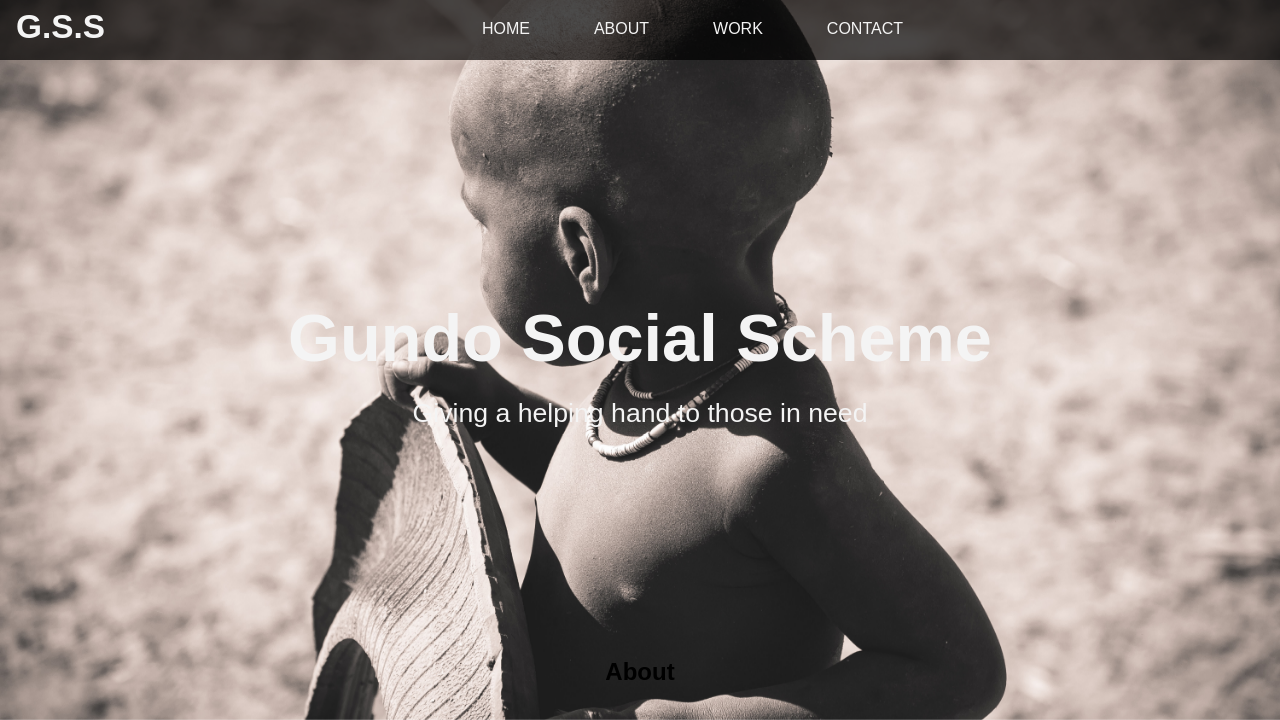
Repository: blessingNtoko/gss-basic_website
Page: index.html
These files come from the project's save history. The page is drawn as it stood at one moment and after the next save; the edit follows.
The browser window is 1280 px wide. The pictures show the whole page.
An inner scrolling area shows only its first screen.

Above is the page before, as saved 2020-05-13 18:02:46.

After the next save:
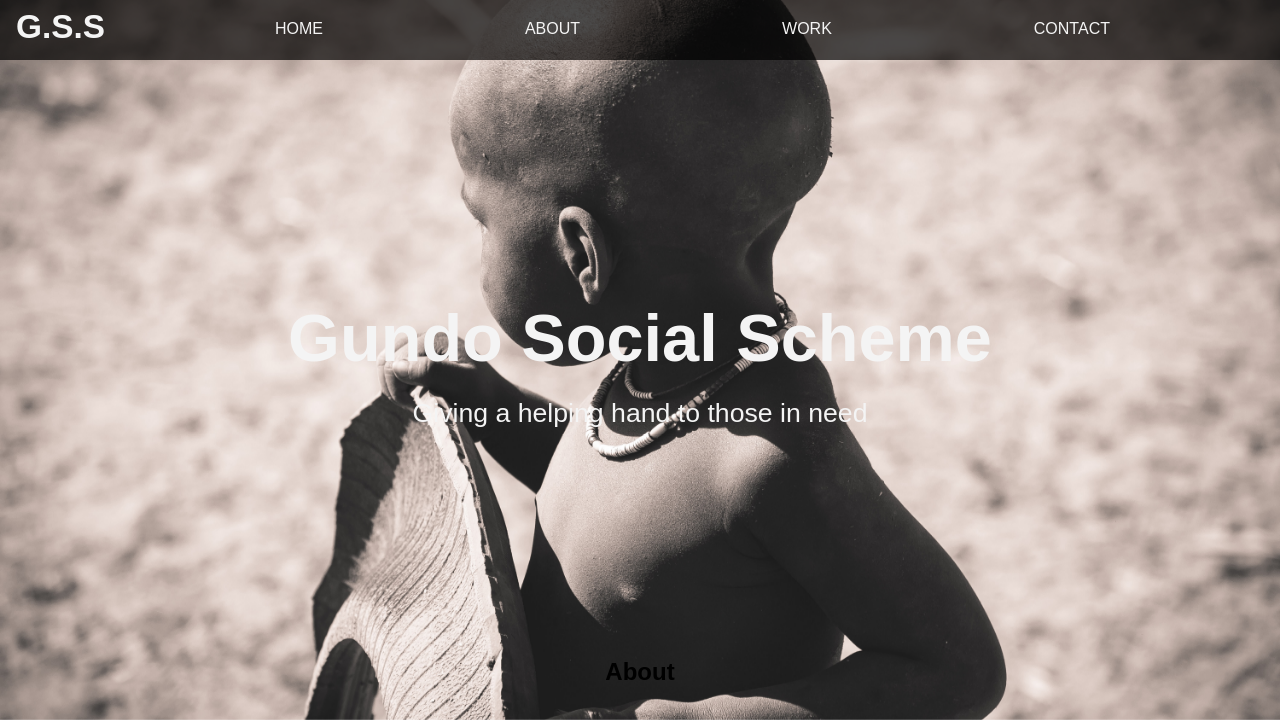
Saved 5 s later.
--- a/style.css
+++ b/style.css
@@ -49,7 +49,7 @@ body {
     display: flex;
     list-style: none;
     width: 100%;
-    justify-content: center;
+    justify-content: space-evenly;
 }
 
 .navbar ul li {
